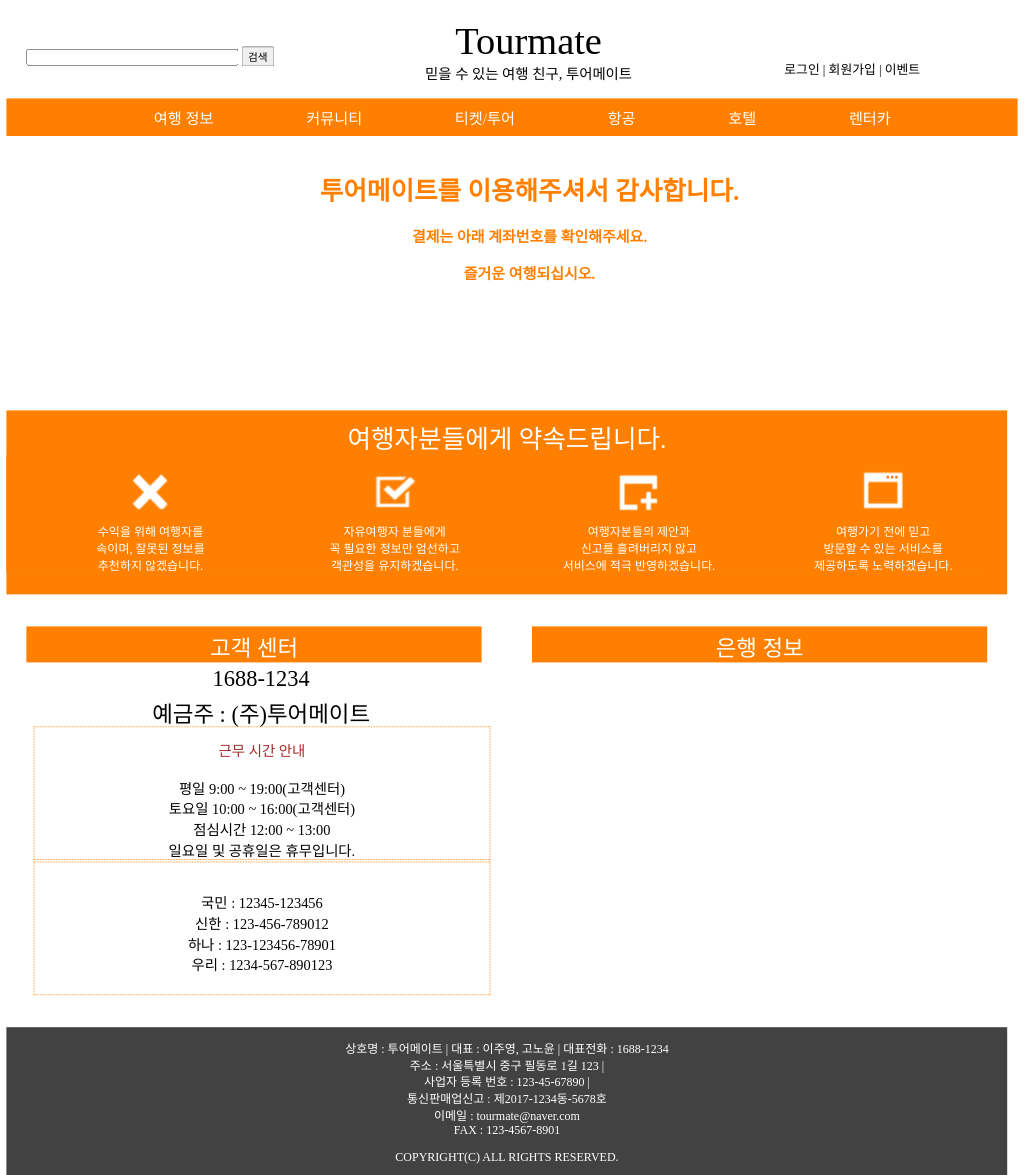
Repository: nohyoonko/2017-2-WP-Tourmate
Page: http://localhost/Tourmate/항공_ok.jsp
An editor plug-in stored every save of this project. The page is shown before and after the next save, followed by the edit.
The browser window is 1280 px wide. The pictures show the whole page, at 80% of full size.
Some web libraries are served in a nearby version. The page is served by Tomcat 9.

Above is the page before, as saved 2017-12-06 13:31:53.

After the next save:
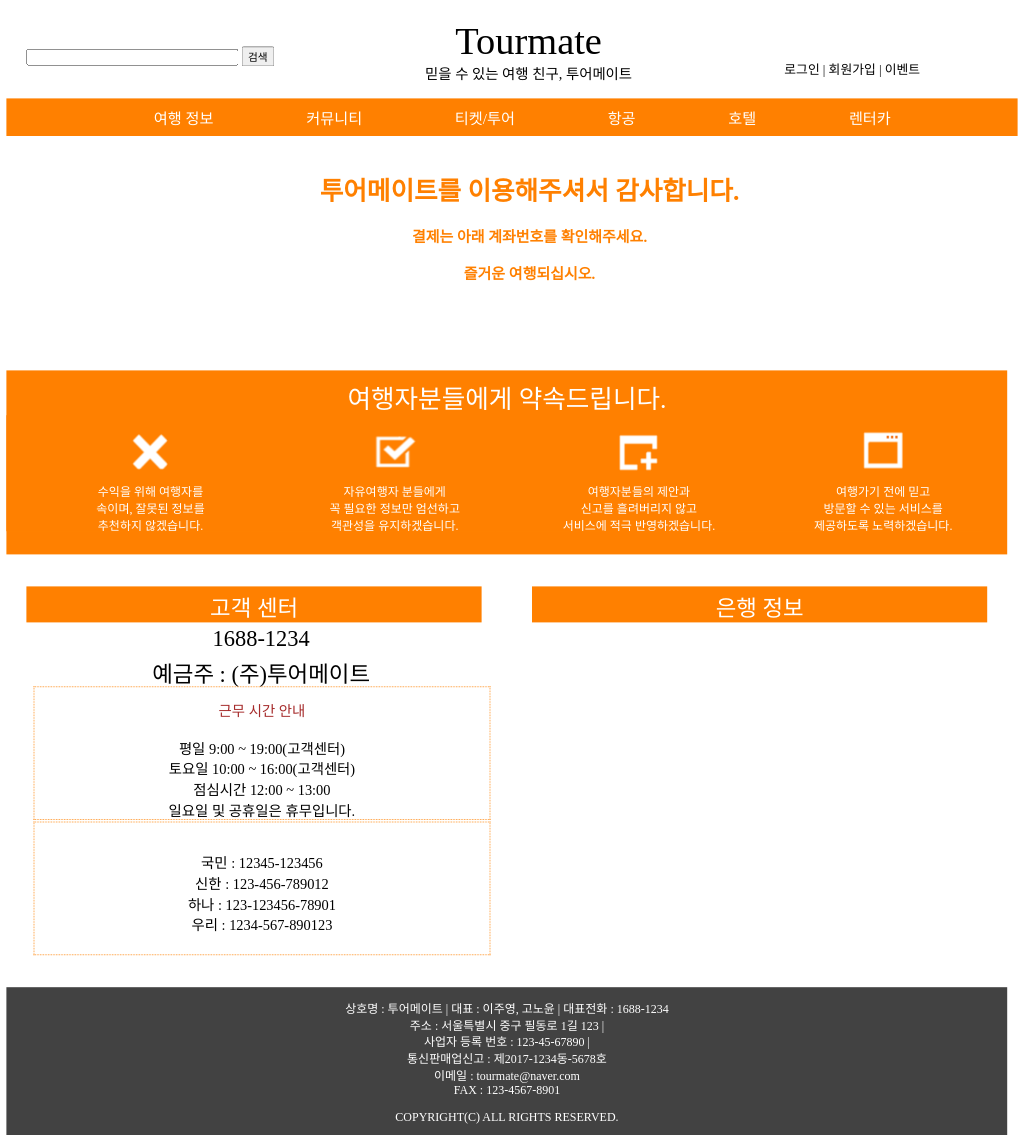
Saved 22 s later.
--- a/eclipse-workspace/Tourmate/WebContent/항공_ok.jsp
+++ b/eclipse-workspace/Tourmate/WebContent/항공_ok.jsp
@@ -7,7 +7,7 @@
 		<script src="http://code.jquery.com/jquery-1.10.1.js"></script>
 		<style>
 		.whitebox {
-         height:300px;
+         height:250px;
          width:600px;
          color:#FF8000;
          margin-left:28%;
